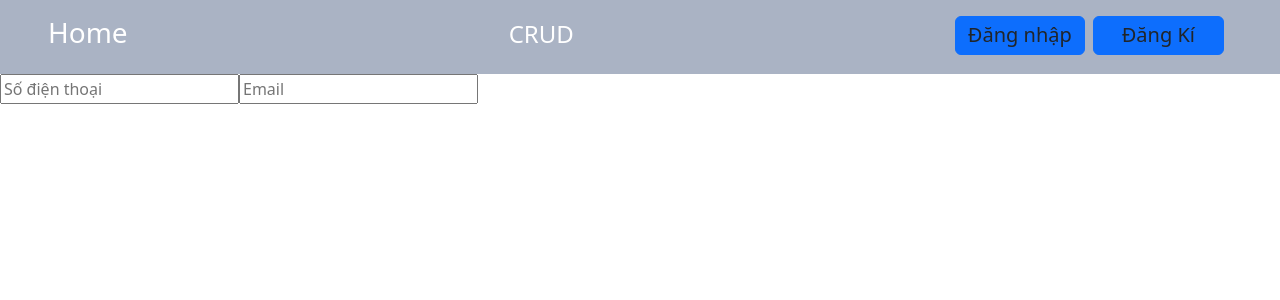
Repository: tung1999zxc/vue-project
Page: /upload
The author's editor kept a copy of each file at every save. The page is drawn from the files as they stood at one save, then again after the next save.
The browser window is 1280 px wide. The pictures show the whole page.
The project was rebuilt for these pictures with package versions that can differ from the ones it lists, and the page was loaded fresh each time. Also part of the build but not shown: vite.config.ts, src/components/test.vue, src/components/footer1.vue, src/views/HomeView.vue, src/components/login.vue, src/components/Regis.vue, src/components/crud.vue.

Above is the page before, as saved 2023-08-08 10:38:12.

After the next save:
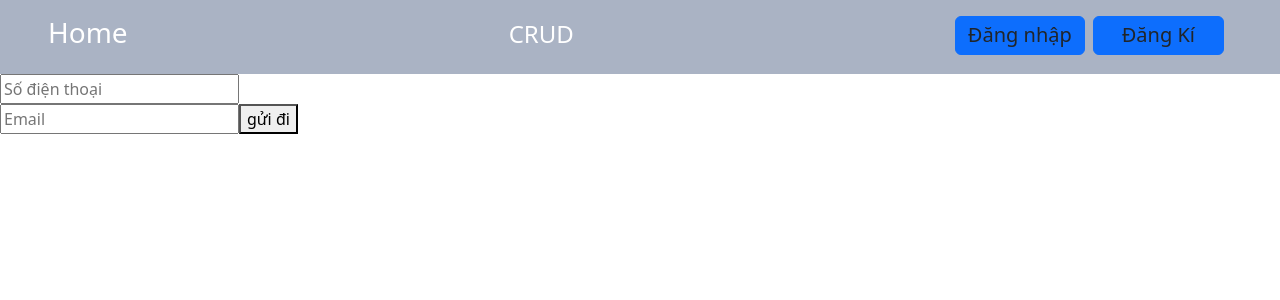
Saved 2 min 4 s later.
--- a/src/components/upload.vue
+++ b/src/components/upload.vue
@@ -3,8 +3,10 @@
     <input v-model="phoneNumber" placeholder="Số điện thoại" @input="validatePhoneNumber" />
     <p v-if="phoneNumberError">{{ phoneNumberError }}</p>
 
+    <form action="" @submit.prevent="âs">
+    <input v-model="email" placeholder="Email" pattern="[a-z0-9._%+-]+@[a-z0-9.-]+\.[a-z]{2,}$" />
+  <button type="submit">gửi đi</button></form>
 
-        <input v-model="email" placeholder="Email" pattern="[a-z0-9._%+-]+@[a-z0-9.-]+\.[a-z]{2,}$" />
 
   </div>
 </template>
